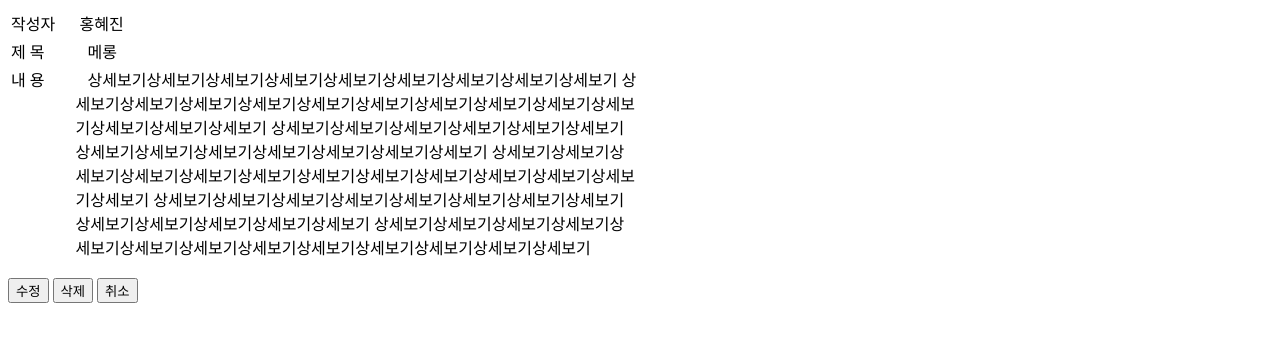
Repository: ekgus419/hckj
Page: http://localhost/Railro/WEB-INF/views/freeBoard/freeBoardDetail.jsp
These files come from the project's save history. The page is drawn as it stood at one moment and after the next save; the edit follows.
The browser window is 1280 px wide. The pictures show the whole page.
The page is served by Tomcat 9. Nobody is signed in. The template is opened directly, without the code that normally fills it, so the values that code supplies are empty.

Above is the page before, as saved 2016-08-21 08:21:45.

After the next save:
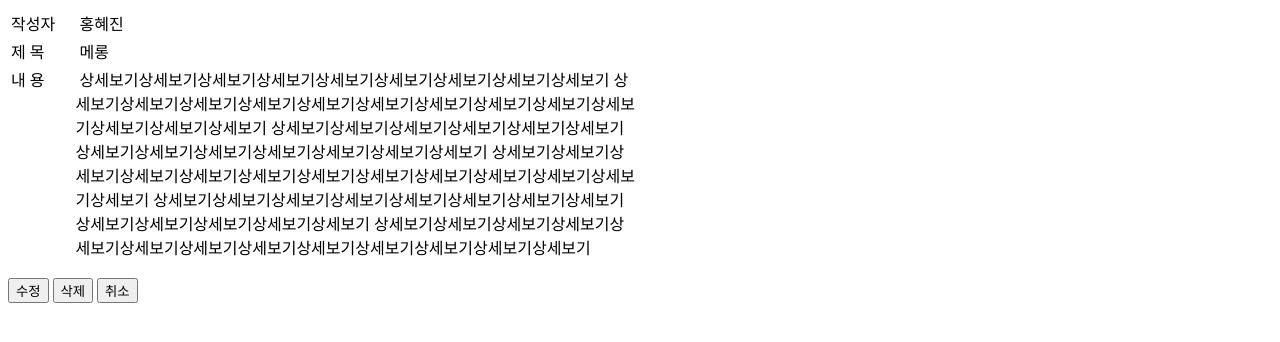
Saved 17 s later.
--- a/Railro/src/main/webapp/WEB-INF/views/freeBoard/freeBoardDetail.jsp
+++ b/Railro/src/main/webapp/WEB-INF/views/freeBoard/freeBoardDetail.jsp
@@ -13,13 +13,13 @@
     		<tr>
      			<td>제 목</td>
      			<td>
-				&nbsp;&nbsp;&nbsp;메롱
+				&nbsp;메롱
 				</td>
     		</tr>
     		<tr>
      			<td style="vertical-align: top">내 용</td>
      			<td>
-				&nbsp;&nbsp;&nbsp;상세보기상세보기상세보기상세보기상세보기상세보기상세보기상세보기상세보기
+				&nbsp;상세보기상세보기상세보기상세보기상세보기상세보기상세보기상세보기상세보기
 				상세보기상세보기상세보기상세보기상세보기상세보기상세보기상세보기상세보기상세보기상세보기상세보기상세보기
 				상세보기상세보기상세보기상세보기상세보기상세보기상세보기상세보기상세보기상세보기상세보기상세보기상세보기
 				상세보기상세보기상세보기상세보기상세보기상세보기상세보기상세보기상세보기상세보기상세보기상세보기상세보기
